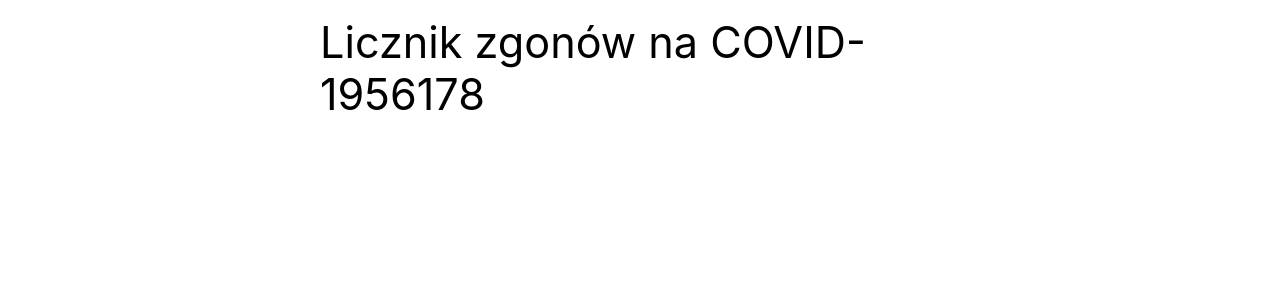
Repository: michalgornicki/poland-covid
Page: /
The author's editor kept a copy of each file at every save. The page is drawn from the files as they stood at one save, then again after a run of saves.
The browser window is 1280 px wide. The pictures show the whole page.
The project was rebuilt for these pictures with package versions that can differ from the ones it lists, and the page was loaded fresh each time.

Above is the page before, as saved 2021-12-04 19:06:39.

After the next 5 saves:
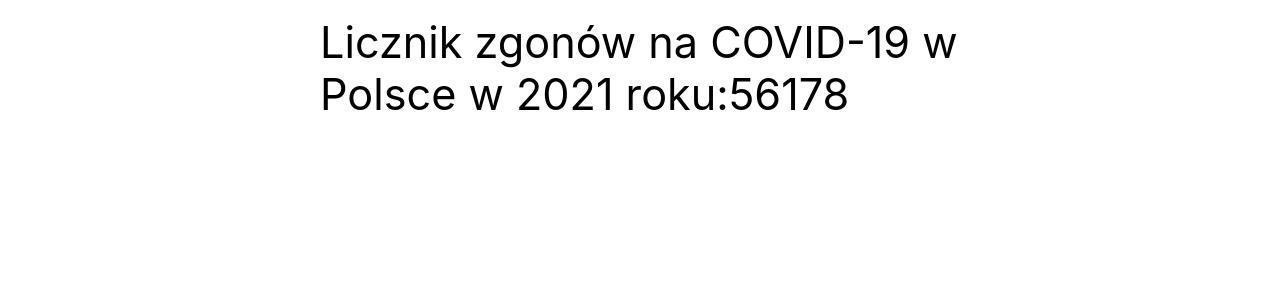
The 5 saves are shown as one change because they came seconds apart.
The last was saved 18 s later.
--- a/src/App.jsx
+++ b/src/App.jsx
@@ -14,7 +14,7 @@ function App() {
     let thisYearSeconds = Math.round(seconds - 1609401600)
 
     let deaths = Math.round(thisYearSeconds*0.00192110763);
-    document.getElementsByClassName('counter')[0].innerHTML = "Licznik zgonów na COVID-19" + deaths;
+    document.getElementsByClassName('counter')[0].innerHTML = "Licznik zgonów na COVID-19 w Polsce w 2021 roku:" + deaths;
     setTimeout(startTime, 1000);
   }
 
